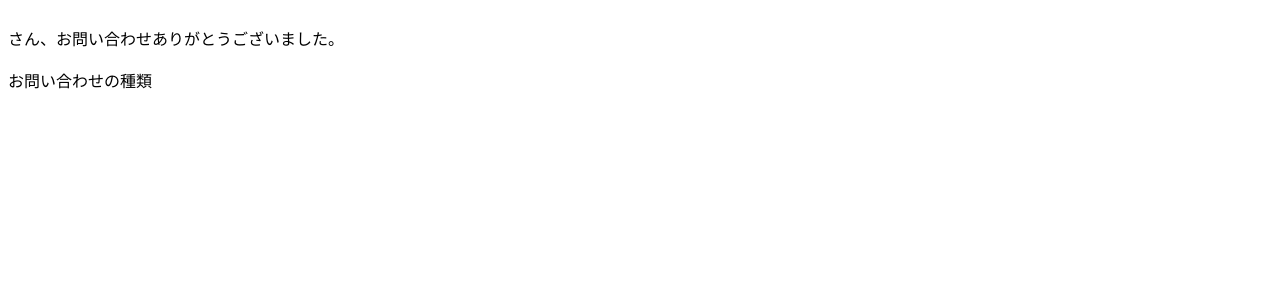
Repository: cha-git/test
Page: http://localhost/WebProj2/inquiryComplete.jsp
These files come from the project's save history. The page is drawn as it stood at one moment and after the next save; the edit follows.
The browser window is 1280 px wide. The pictures show the whole page.
The page is served by Tomcat 9.

Above is the page before, as saved 2018-12-17 06:32:59.

After the next save:
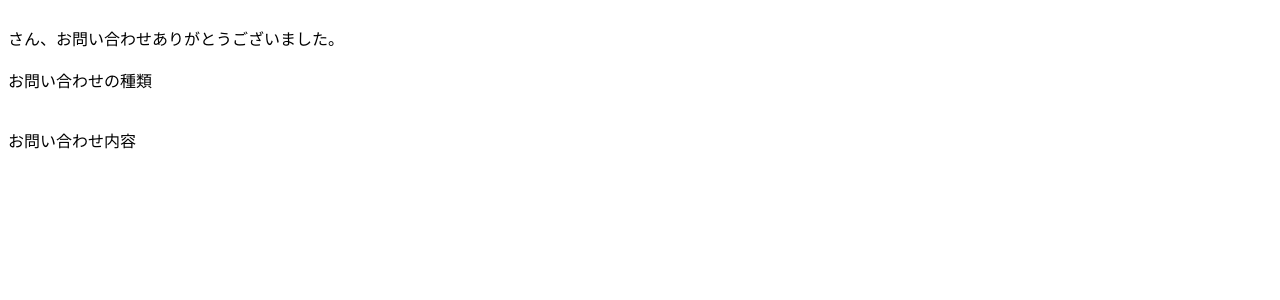
Saved 33 s later.
--- a/WebProj2/WebContent/inquiryComplete.jsp
+++ b/WebProj2/WebContent/inquiryComplete.jsp
@@ -21,5 +21,8 @@
 <s:if test='qtype=="support"'>
 アフターサポートについて
 </s:if>
+<br>
+<br>お問い合わせ内容<br>
+<s:property value="body"/>
 </body>
 </html>
